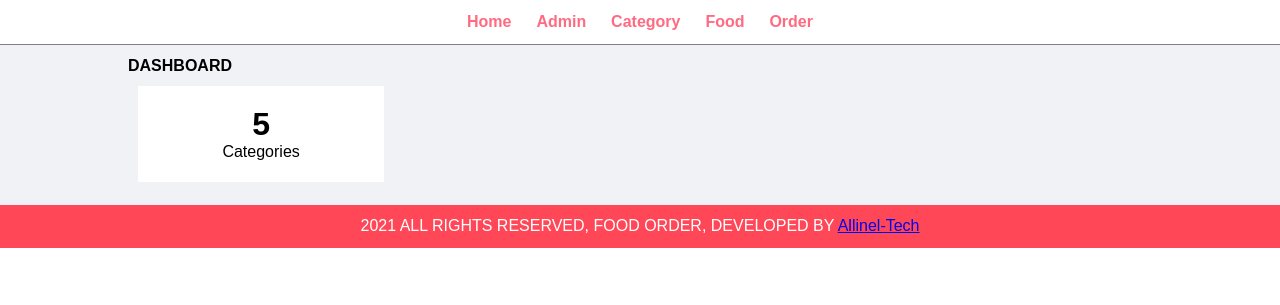
Repository: yazshrilld/food_order
Page: http://localhost/admin/index.php
The author's editor kept a copy of each file at every save. The page is drawn from the files as they stood at one save, then again after a run of saves.
The browser window is 1280 px wide. The pictures show the whole page.
The page is run by PHP 8.4 with error messages shown; the project is at /var/www/html/.

Above is the page before, as saved 2021-01-24 16:39:37.

After the next 3 saves:
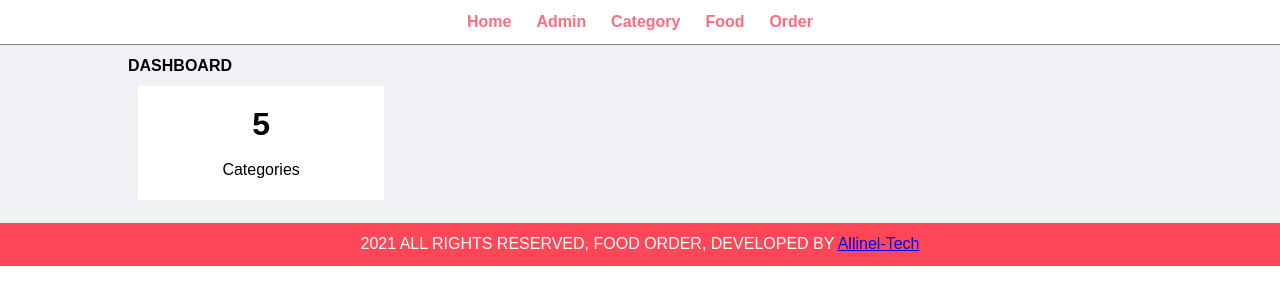
The 3 saves are shown as one change because they came seconds apart.
The last was saved 50 s later.
--- a/admin/index.php
+++ b/admin/index.php
@@ -23,7 +23,7 @@
                 <div class="wrapper">
                     <strong>DASHBOARD</strong>
                     <div class="col-4 text-center">
-                        <h1>5</h1>
+                        <h1>5</h1><br />
                         Categories
                     </div>
                 </div>
